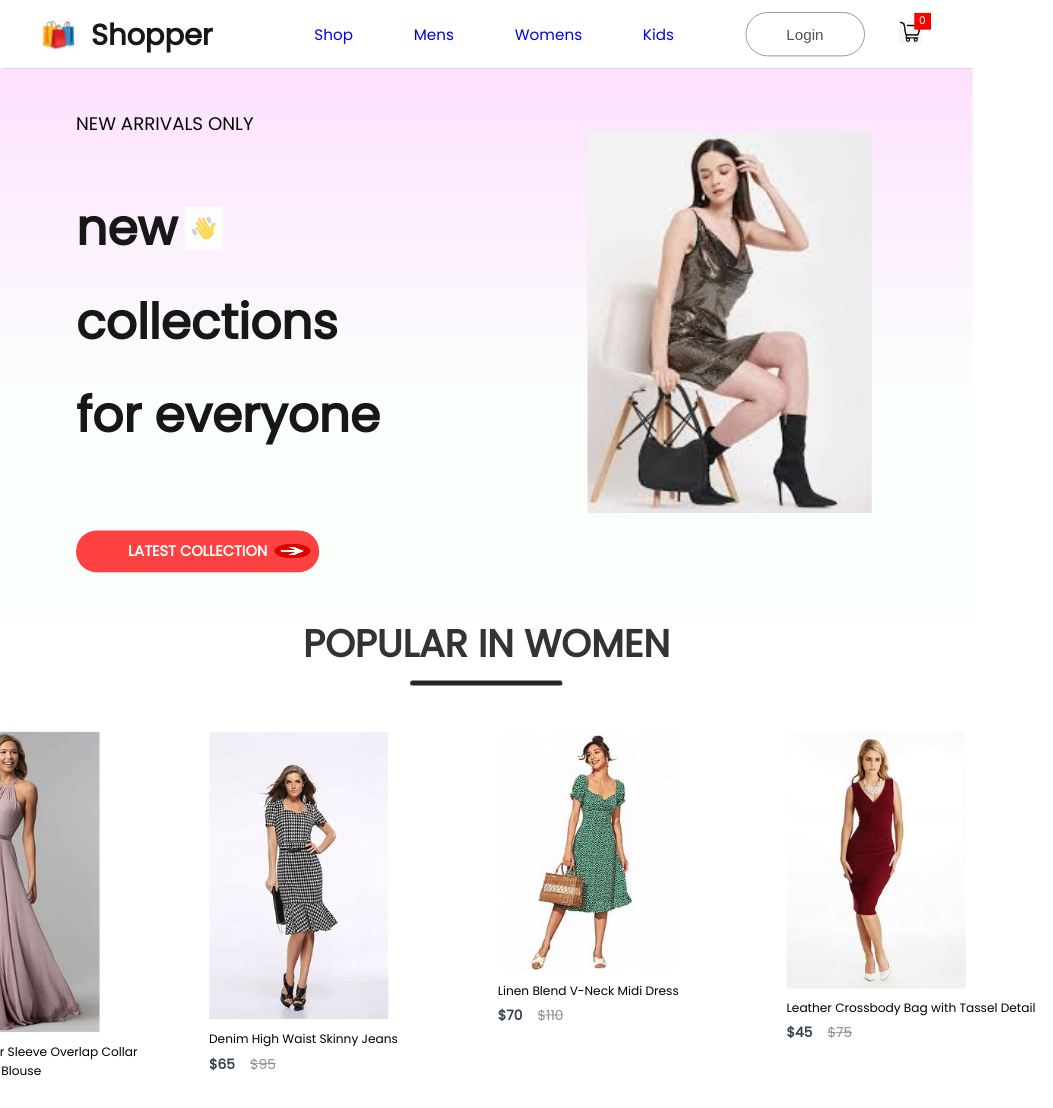
Repository: sshaiv/Shoppie_EcommerceAPP
Page: /
The author's editor kept a copy of each file at every save. The page is drawn from the files as they stood at one save, then again after the next save.
The browser window is 1280 px wide. The page is 1385 px wide, so the pictures cover 1385 px, including what lies to the right of the window. The pictures show the whole page, at 76% of full size.
The project was rebuilt for these pictures with package versions that can differ from the ones it lists, and the page was loaded fresh each time. Also part of the build but not shown: src/App.css, src/Components/Pages/ShopCategory.jsx, src/Components/Pages/Product.jsx, src/Components/Pages/Cart.jsx, src/Components/Pages/LoginSignup.jsx.

Above is the page before, as saved 2024-07-16 18:19:33.

### public/index.html
<!DOCTYPE html>
<html lang="en">
  <head>
    <meta charset="utf-8" />
    <link rel="icon" href="%PUBLIC_URL%/favicon.ico" />
    <meta name="viewport" content="width=device-width, initial-scale=1" />
    <meta name="theme-color" content="#000000" />
    <meta
      name="description"
      content="Web site created using create-react-app"
    />
    <link rel="apple-touch-icon" href="%PUBLIC_URL%/logo192.png" />
    <!--
      manifest.json provides metadata used when your web app is installed on a
      user's mobile device or desktop. See https://developers.google.com/web/fundamentals/web-app-manifest/
    -->
    <link rel="manifest" href="%PUBLIC_URL%/manifest.json" />
    <!--
      Notice the use of %PUBLIC_URL% in the tags above.
      It will be replaced with the URL of the `public` folder during the build.
      Only files inside the `public` folder can be referenced from the HTML.

      Unlike "/favicon.ico" or "favicon.ico", "%PUBLIC_URL%/favicon.ico" will
      work correctly both with client-side routing and a non-root public URL.
      Learn how to configure a non-root public URL by running `npm run build`.
    -->
    <link rel="preconnect" href="https://fonts.googleapis.com">
    <link rel="preconnect" href="https://fonts.gstatic.com" crossorigin>
    <link href="https://fonts.googleapis.com/css2?family=Poppins&display=swap" rel="stylesheet">
    <title>E-Commerce</title>
  </head>
  <body>
    <noscript>You need to enable JavaScript to run this app.</noscript>
    <div id="root"></div>
    <!--
      This HTML file is a template.
      If you open it directly in the browser, you will see an empty page.

      You can add webfonts, meta tags, or analytics to this file.
      The build step will place the bundled scripts into the <body> tag.

      To begin the development, run `npm start` or `yarn start`.
      To create a production bundle, use `npm run build` or `yarn build`.
    -->
  </body>
</html>

### src/index.css
*{
  margin: 0;
}

body {
  margin: 0;
  font-family: -apple-system, BlinkMacSystemFont, 'Segoe UI', 'Roboto', 'Oxygen',
    'Ubuntu', 'Cantarell', 'Fira Sans', 'Droid Sans', 'Helvetica Neue',
    sans-serif;
  -webkit-font-smoothing: antialiased;
  -moz-osx-font-smoothing: grayscale;

 font-family:'Poppins';

}

code {
  font-family: source-code-pro, Menlo, Monaco, Consolas, 'Courier New',
    monospace;
}

### src/App.js
import React from 'react';
import './App.css';
import Navbar from './Components/Navbar/Navbar';
import { BrowserRouter, Routes, Route } from 'react-router-dom';
import ShopCategory from './Components/Pages/ShopCategory';
import Product from './Components/Pages/Product';
import Cart from './Components/Pages/Cart';
import LoginSignup from './Components/Pages/LoginSignup';
import Shop from './Components/Pages/Shop';

const App = () => {
  return (
    <div>
      <BrowserRouter>
        <Navbar />
        <Routes>
          <Route path='/' element={<Shop />} />
          <Route path='/mens' element={<ShopCategory category='mens' />} />
          <Route path='/womens' element={<ShopCategory category='women' />} />
          <Route path='/kids' element={<ShopCategory category='kids' />} />
          <Route path='/product' element={<Product />} />
          <Route path='/product/:productID' element={<Product />} />
          <Route path='/cart' element={<Cart />} />
          <Route path='/login' element={<LoginSignup />} />
        </Routes>
      </BrowserRouter>
    </div>
  );
}

export default App;

### src/Components/Navbar/Navbar.jsx
import React, { useState } from 'react'
import './Navbar.css'
import logo from '../Assets/logo.png'
import cart_icon from '../Assets/cart_icon.png'
import { Link } from 'react-router-dom'

const Navbar = () => {
const [menu,setMenu]=useState("shop");

  return (
    <div>
      <div className='navbar'>
        <div className='nav-logo'>
          <img src={logo} alt="Logo" />
          <p>Shopper</p>
        </div>
        <ul className='nav-menu'>
            <li onClick={()=>{setMenu("shop")}}><Link style={{textDecoration:'none'}} to='/'>Shop </Link>{menu==="shop"? <hr/> :<></>}   </li>
            <li onClick={()=>{setMenu("mens")}}><Link style={{textDecoration:'none'}}  to='/mens'>Mens</Link> {menu==="shop"? <hr/> :<></>} </li>
            <li onClick={()=>{setMenu("womens")}}><Link style={{textDecoration:'none'}}  to='/womens'>Womens </Link> {menu==="shop"? <hr/> :<></>} </li>
            <li onClick={()=>{setMenu("kids")}}><Link style={{textDecoration:'none'}}  to='/kids'>Kids</Link> {menu==="shop"? <hr/> :<></>} </li>
        </ul>

        <div className="nav-login-cart">
          <Link to='/login'>  <button>Login</button></Link>
       <Link to='/cart'>   <img src={cart_icon} alt="" /></Link>
      <div className="nav-cart-count">0</div>
        </div>
      </div>
    </div>
  )
}

export default Navbar

### src/Components/Pages/Shop.jsx
import React from 'react';
import Hero from '../Hero/Hero';
import Popular from '../Popular/Popular';

const Shop = () => {
  return (
    <div>
      <Hero/>
      <Popular/>
    </div>
  );
}

export default Shop;

### src/Components/Navbar/Navbar.css
.navbar{
    display: flex;
    justify-content: space-around;
    padding: 16px;
    box-shadow:0 1px 3px -2px black ;

}
.nav-logo{
    display:flex;
    align-items: center;
    gap: 10px;
}

.nav-logo p{
    color: #171717;
    font-size: 38px;
    font-weight: 600;
}
.nav-menu{
    display:flex;
    align-items:center;
    list-style: none;
    gap: 50px;
    color:#626262;
    font-size: 20px;
    font-weight: 500;

}


  .nav-logo img {
    height: 40px;
    margin-right: 10px;
  }



  .nav-menu li {
    margin: 0 15px;
    position: relative;
    cursor: pointer;
  }

  .nav-menu li:hover hr {
    display: block;
  }

  .nav-menu hr {
    display: none;
    width: 80%;
    height: 3px;
    border-radius: 10px;
    background-color:red;

  }

  .nav-login-cart {
    display: flex;
    align-items: center;
    gap: 45px;
  }

  .nav-login-cart button {
    width: 157px;
    height: 58px;
    outline: none;
    border: 1px solid #7a7a7a;
    border-radius: 75px;
    color:#515151;
    font-size: 20px;
    font-weight: 500;
    background: white;
    cursor: pointer;
  }

  .nav-login-cart button:active{
    background:#f3f3f3;
  }
  .nav-login-cart img {
    height: 30px;
    cursor: pointer;
  }
  .nav-cart-count{
    width: 22px;
    height: 22px;
    display: flex;
    justify-content: center;
    align-items:center;
    margin-top: -35px;
    margin-left: -55px;
    border: radius 11px;
    font-size: 14px;
    background-color:red;
    color:white;
  }

  @media (max-width: 768px) {
    .navbar {
      flex-direction: column;
      align-items: center;
    }

    .nav-logo p {
      font-size: 20px;
    }

    .nav-menu {
      flex-direction: column;
      align-items: center;
      gap: 10px;
    }

    .nav-menu li {
      margin: 10px 0;
    }

    .nav-login-cart {
      flex-direction: column;
      align-items: center;
      gap: 10px;
    }
  }

### src/Components/Hero/Hero.jsx
import React from "react";
import "./Hero.css";
import hand_icon from "../Assets/hand_icon.png";
import arrow_icon from "../Assets/arrow_icon.png";
import hero_imae from '../Assets/hero_imae.png';

const Hero = () => {
  return (
    <div className="hero">
      <div className="hero-left">
        <h2>NEW ARRIVALS ONLY</h2>
        <div className="hero-hand-icon">
          <p>new</p>
          <img src={hand_icon} alt="hand icon" />
        </div>
        <p>collections</p>
        <p>for everyone</p>
        <div className="hero-latest-btn">
          <div>Latest Collection</div>
          <img src={arrow_icon} alt="arrow icon" />
        </div>
      </div>
      <div className="hero-right">
        <img src={hero_imae} alt="hero" />
      </div>
    </div>
  );
};

export default Hero;

### src/Components/Popular/Popular.jsx
import React from 'react'
import './Popular.css'
import data_product from '../Assets/data'
import Item from '../Item/Item'

const Popular = () => {
  return (
    <div className='popular'>
      <h1>POPULAR IN WOMEN </h1>
    <hr />
<div className="popular-item">
    {data_product.map((item,i)=>{
        return <Item key={i} id={item.id} name={item.name} image={item.image} new_price={item.new_price} old_price={item.old_price}/>
    })}
</div>
    </div>
  )
}

export default Popular

### src/Components/Hero/Hero.css
.hero {
    height: 100vh;
    background: linear-gradient(180deg, #fde1ff, #e1ffea22 60%);
    display: flex;
    justify-content: space-between;
    align-items: center;
    padding: 0 50px;
    box-sizing: border-box;
  }

  .hero-left {
    flex: 1;
    display: flex;
    flex-direction: column;
    justify-content: center;
    gap: 20px;
    padding-left: 50px;
    line-height: 1.3;
  }

  .hero-left h2 {
    color: #090909;
    font-size: 1.5rem;
    font-weight: 500;
    position: relative;
    bottom: 50px;
  }

  .hero-left p {
    color: #171717;
    font-size: 4rem;
    font-weight: 700;
    margin: 10px 0;
  }

  .hero-hand-icon {
    display: flex;
    align-items: center;
    gap: 10px;
    font-size: 1.5rem;
    font-weight: 500;
    color: #ff4141;
  }

  .hero-hand-icon img {
    width: 50px;
  }
  .hero-latest-btn {
    width: 260px;
    display: flex;
    justify-content: center;
    align-items: center;
    gap: 10px;
    padding: 15px 30px;
    border-radius: 50px;
    margin-top: 30px;
    background: #ff4141;
    color: white;
    font-size: 1.2rem;
    font-weight: 600;
    text-transform: uppercase;
    transition: background 0.3s ease, transform 0.3s ease;
    cursor: pointer;
    position: relative;
    top: 50px; /* Add position relative to the parent */
  }

  .hero-latest-btn img {
    height: 20px;
    width: 50px;
    position: absolute; /* Position the image absolutely */
    right: 10px; /* Adjust right position as needed */
  }

  .hero-latest-btn:hover {
    background: #e63939;
    transform: scale(1.05);
  }


  .hero-right {
    flex: 1;
    display: flex;
    justify-content: center;
    align-items: center;
    padding-right: 50px;
  }

  .hero-right img {
    max-width: 100%;
    height: 500px;
   position: relative;
   left: 50px;
   bottom: 25px;

  }

### src/Components/Popular/Popular.css
.popular {
    height: 90vh;
    display: flex;
    flex-direction: column;
    align-items: center;
    gap:10px;


  }

  .popular h1 {
    font-size: 50px;
    font-weight: 600;
    color: #333;

  }

  .popular hr {
    width: 200px;
    height: 6px;
    border-radius: 10px;
    background: #252525;

  }

  .popular-item {
margin-top:50px;
display: flex;
    gap: 30px;
  }

  @media (max-width: 768px) {
    .popular-item {
      grid-template-columns: repeat(auto-fill, minmax(200px, 1fr));
    }
  }

### src/Components/Assets/data.js
import p1_img from './product1.png'
import p2_img from './product2.png'
import p3_img from './product3.png'
import p4_img from './product4.png'


let data_product = [
    {
      id: 1,
      name: "Striped Flutter Sleeve Overlap Collar Peplum Hem Blouse",
      image: p1_img,
      new_price: 50.00,
      old_price: 80.50,
    },
    {
      id: 2,
      name: "Denim High Waist Skinny Jeans",
      image: p2_img,
      new_price: 65.00,
      old_price: 95.00,
    },
    {
      id: 3,
      name: "Linen Blend V-Neck Midi Dress",
      image: p3_img,
      new_price: 70.00,
      old_price: 110.00,
    },
    {
      id: 4,
      name: "Leather Crossbody Bag with Tassel Detail",
      image: p4_img,
      new_price: 45.00,
      old_price: 75.00,
    },
  ];


export default data_product;

### src/Components/Item/Item.jsx
import React from 'react'
import './Item.css'

const Item = (props) => {
  return (
    <div className='item'>
      <img src={props.image} alt="" />
      <p>{props.name}</p>
      <div className="item-prices">
        <div className="item-price-new">
            ${props.new_price}
        </div>
        <div className="item-price-old">
            ${props.old_price}
        </div>
      </div>

    </div>
  )
}

export default Item

### src/Components/Item/Item.css
.item{
    width: 350px;

}

.item p{
    margin: 6px 0px;
}

.item-prices{
    display: flex;
    gap: 20px;
}

.item-price-new{
    color: #374151;
    font-size: 18px;
    font-weight: 600;
}

.item-price-old{
    color:#8c8c8c;
    font-size: 18px;
    font-weight: 500;
    text-decoration: line-through;
}
.item:hover{
    transform: scale(1.05);
    transition: 0.6s;
}

Loaded but not shown: src/index.js (common file); src/reportWebVitals.js (common file)

After the next save:
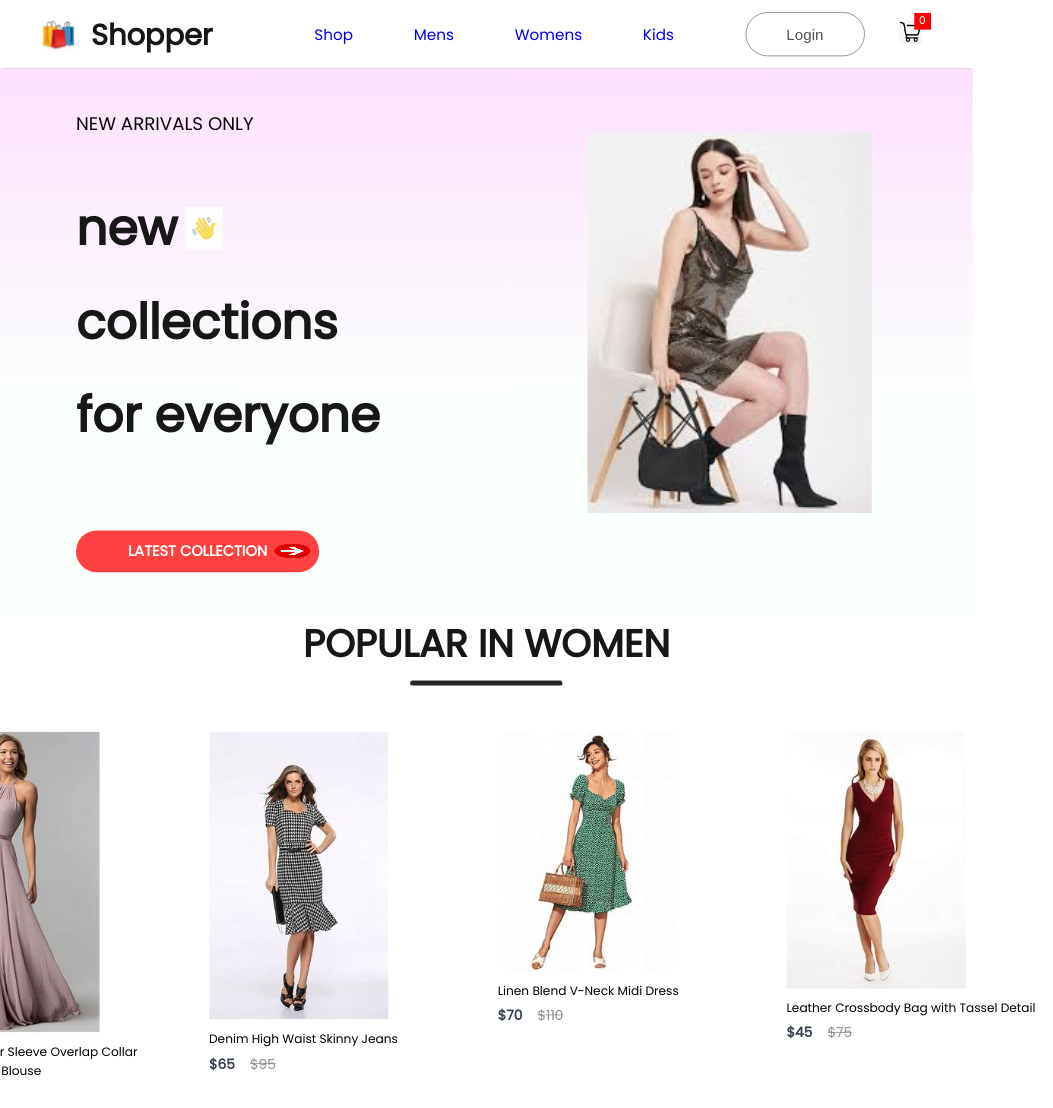
Saved 7 s later.
--- a/src/Components/Popular/Popular.css
+++ b/src/Components/Popular/Popular.css
@@ -11,7 +11,7 @@
   .popular h1 {
     font-size: 50px;
     font-weight: 600;
-    color: #333;
+    color: #171717;
 
   }
 
